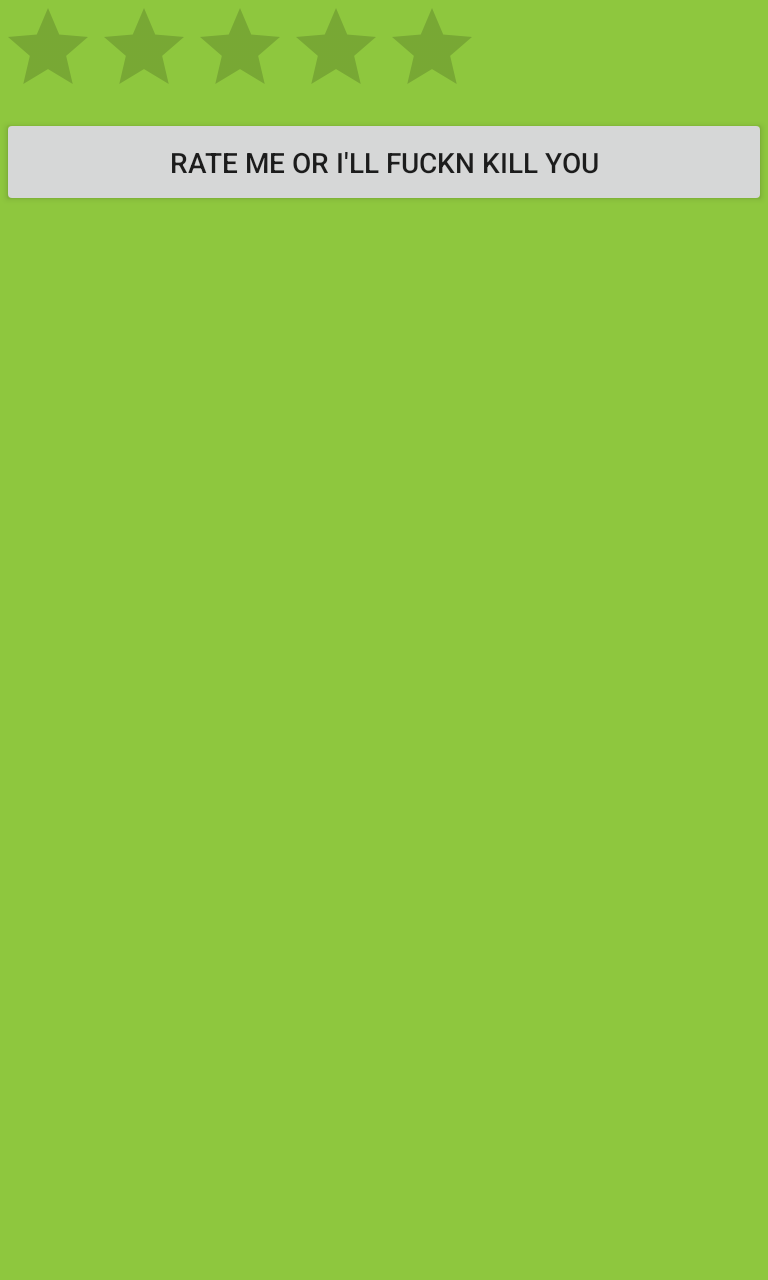
Repository: Hedlundaren/androidmenu
Layout: startmenu/res/layout/menu2.xml
The author's editor kept a copy of each file at every save. The layout is drawn from the files as they stood at one save, then again after the next save.
It is drawn on a 768 x 1280 px phone screen (xhdpi) without system bars, with theme AppTheme; the app's code is not run.

Above is the layout before, as saved 2014-11-05 20:17:59.

### startmenu/res/layout/menu2.xml
<?xml version="1.0" encoding="utf-8"?>
<LinearLayout xmlns:android="http://schemas.android.com/apk/res/android"
    android:layout_width="match_parent"
    android:layout_height="match_parent"
    android:background="@drawable/green"
    android:orientation="vertical" >

    <RatingBar
        android:id="@+id/ratingBar1"
        android:layout_width="wrap_content"
        android:layout_height="wrap_content" />

    <Button
        android:id="@+id/button1"
        android:layout_width="match_parent"
        android:layout_height="wrap_content"
        android:text="RATE ME OR I'LL FUCKN KILL YOU" />

</LinearLayout>

Loaded but not shown: startmenu/res/values/styles.xml (common file); startmenu/res/values-v11/styles.xml (common file); startmenu/res/values-v14/styles.xml (common file)

After the next save:
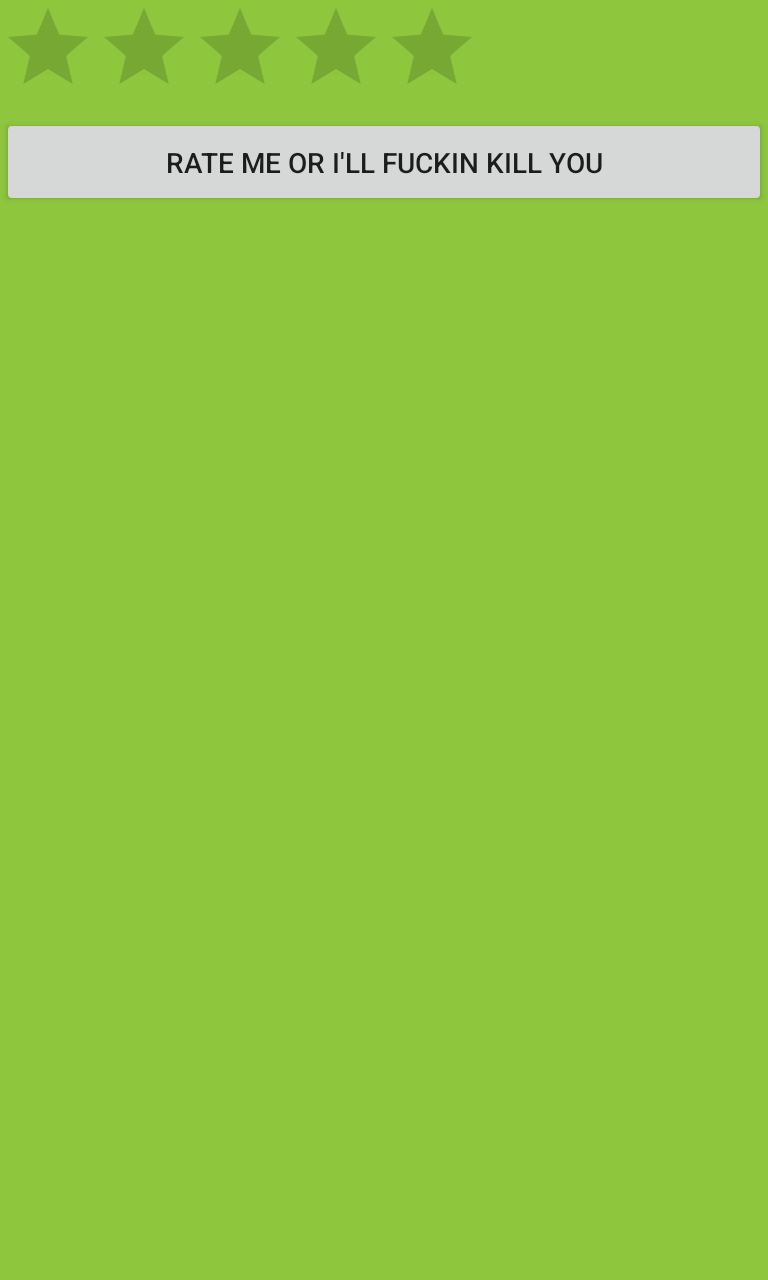
Saved 10 s later.
--- a/startmenu/res/layout/menu2.xml
+++ b/startmenu/res/layout/menu2.xml
@@ -14,6 +14,6 @@
         android:id="@+id/button1"
         android:layout_width="match_parent"
         android:layout_height="wrap_content"
-        android:text="RATE ME OR I'LL FUCKN KILL YOU" />
+        android:text="RATE ME OR I'LL FUCKIN KILL YOU" />
 
 </LinearLayout>
